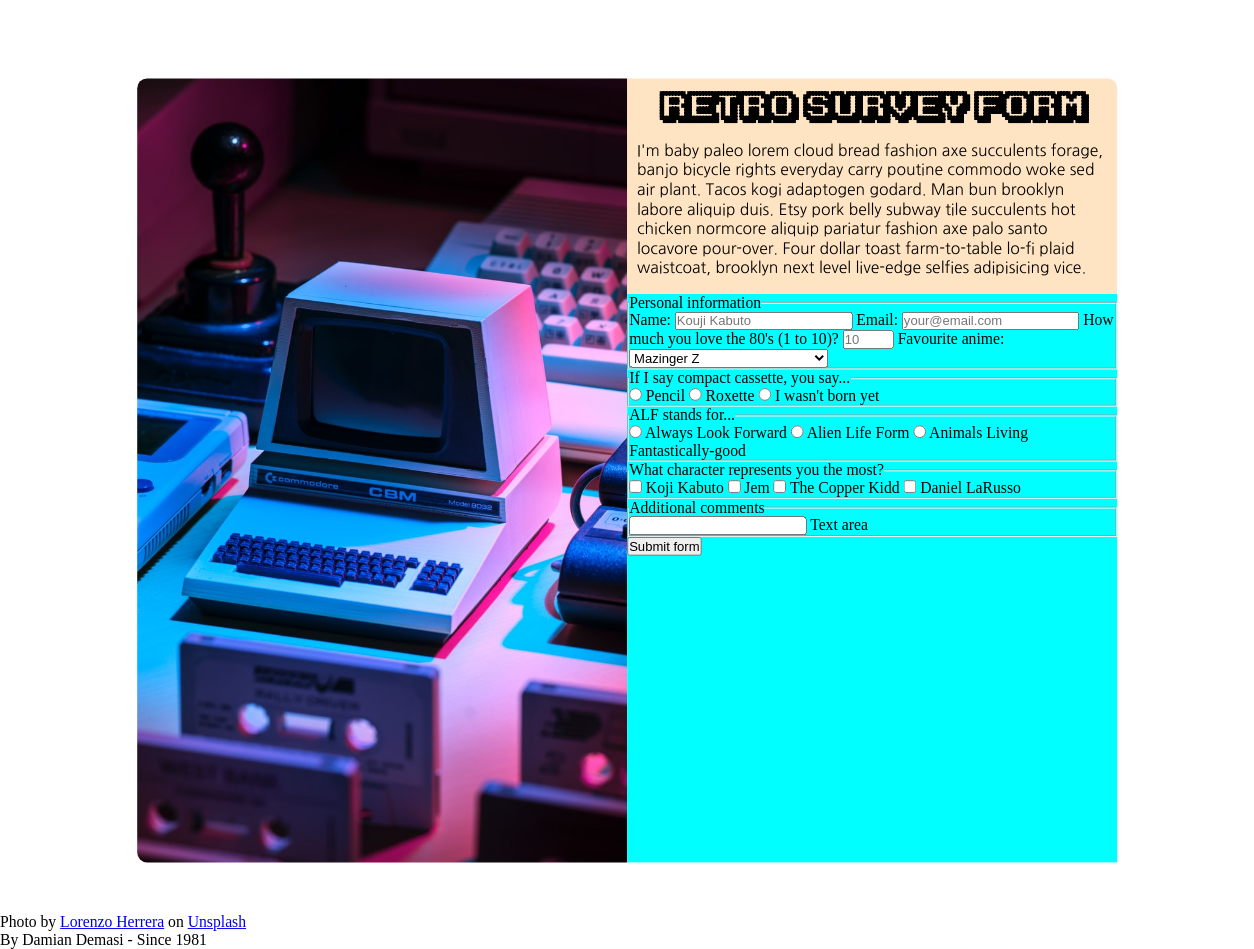
Repository: Colo-Codes/freecodecamp-02-Build-a-Survey-Form
Page: index.html
These files come from the project's save history. The page is drawn as it stood at one moment and after the next save; the edit follows.
The browser window is 1280 px wide. The pictures show the whole page, at 98% of full size.

Above is the page before, as saved 2021-05-18 17:05:07.

After the next save:
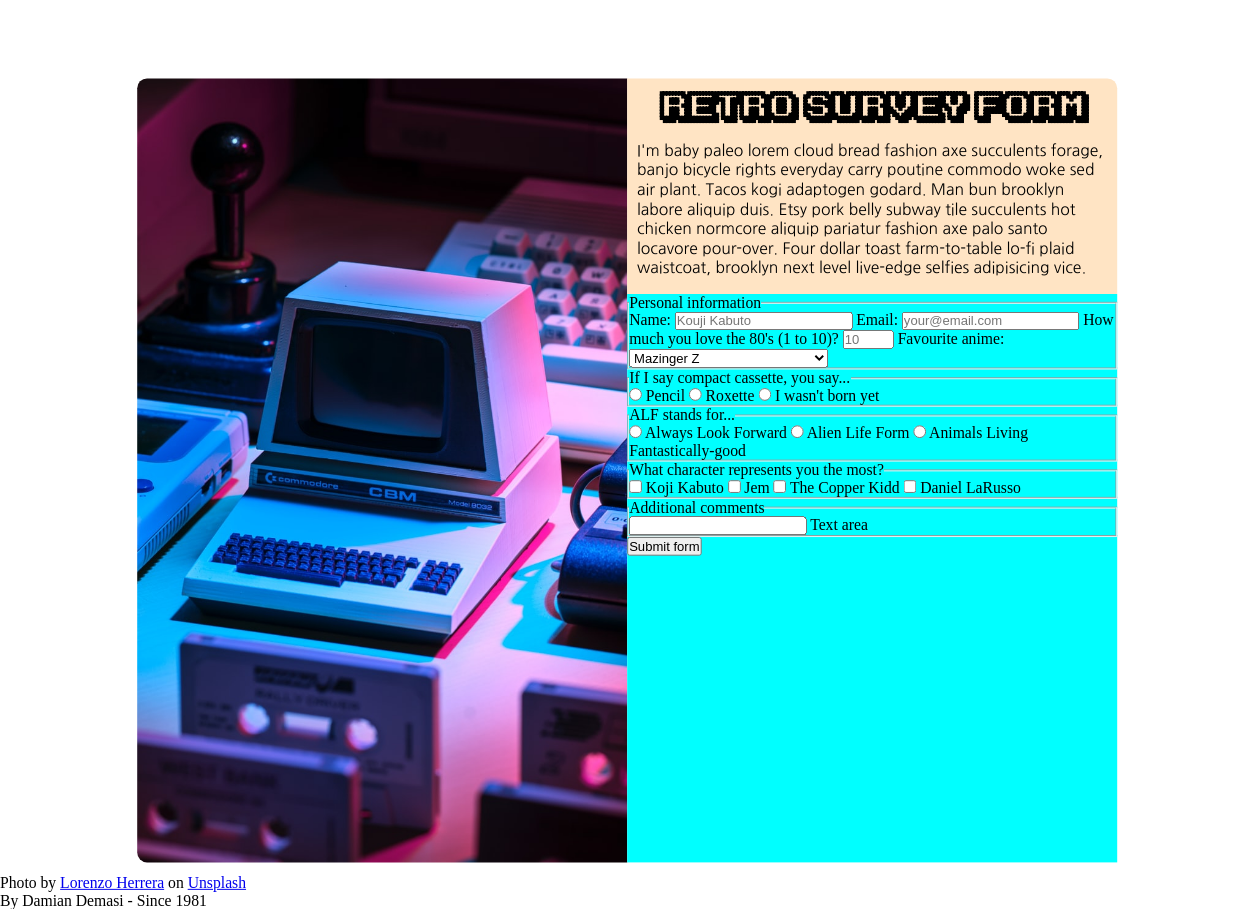
Saved 23 s later.
--- a/resources/css/index.css
+++ b/resources/css/index.css
@@ -56,7 +56,7 @@ header p {
 }
 /* Glow */
 hr {
-    text-align: center;
+    margin: -20px auto;
     border-color: transparent;
     box-shadow: 0px 100px 40px 20px #0ff;
     width: 1000px;
